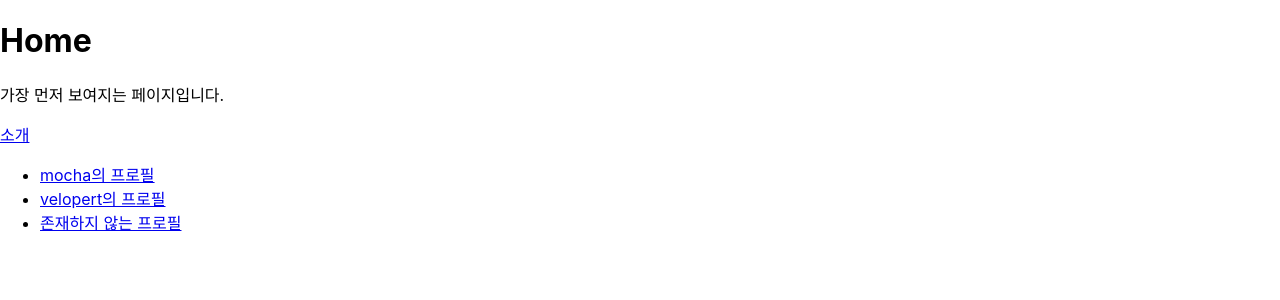
Repository: parkhyeonki/react-router_practice
Page: /
The author's editor kept a copy of each file at every save. The page is drawn from the files as they stood at one save, then again after the next save.
The browser window is 1280 px wide. The pictures show the whole page.
The project was rebuilt for these pictures with package versions that can differ from the ones it lists, and the page was loaded fresh each time. Also part of the build but not shown: src/App.css, src/pages/About.js, src/pages/Profile.js, src/pages/Articles.js, src/pages/Article.js.

Above is the page before, as saved 2022-05-18 15:28:19.

### src/App.js
import "./App.css";
import { Route, Routes } from "react-router-dom";
import Home from "./pages/Home";
import About from "./pages/About";
import Profile from "./pages/Profile";
import Articles from "./pages/Articles";
import Article from "./pages/Article";

function App() {
  return (
    <Routes>
      <Route path="/" element={<Home />} />
      <Route path="/about" element={<About />} />
      <Route path="/profiles/:username" element={<Profile />} />
      <Route path="/articles/" element={<Articles />} />
      <Route path="/articles/:id/:username" element={<Article />} />
    </Routes>
  );
}

export default App;

### src/pages/Home.js
import React from "react";
import { Link } from "react-router-dom";
const Home = () => {
  return (
    <div>
      <h1>Home</h1>
      <p>가장 먼저 보여지는 페이지입니다.</p>
      <Link to="/about">소개</Link>
      <ul>
        <li>
          <Link to="/profiles/mocha">mocha의 프로필</Link>
        </li>
        <li>
          <Link to="/profiles/velopert">velopert의 프로필</Link>
        </li>
        <li>
          <Link to="/profiles/void">존재하지 않는 프로필</Link>
        </li>
      </ul>
    </div>
  );
};

export default Home;

Loaded but not shown: public/index.html (common file); src/index.js (common file); src/index.css (common file); src/reportWebVitals.js (common file)

After the next save:
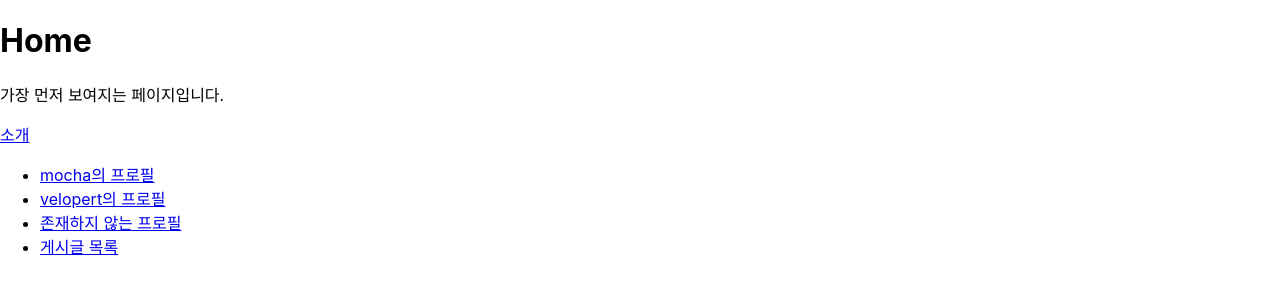
Saved 43 s later.
--- a/src/pages/Home.js
+++ b/src/pages/Home.js
@@ -16,6 +16,9 @@ const Home = () => {
         <li>
           <Link to="/profiles/void">존재하지 않는 프로필</Link>
         </li>
+        <li>
+          <Link to="/articles">게시글 목록</Link>
+        </li>
       </ul>
     </div>
   );
